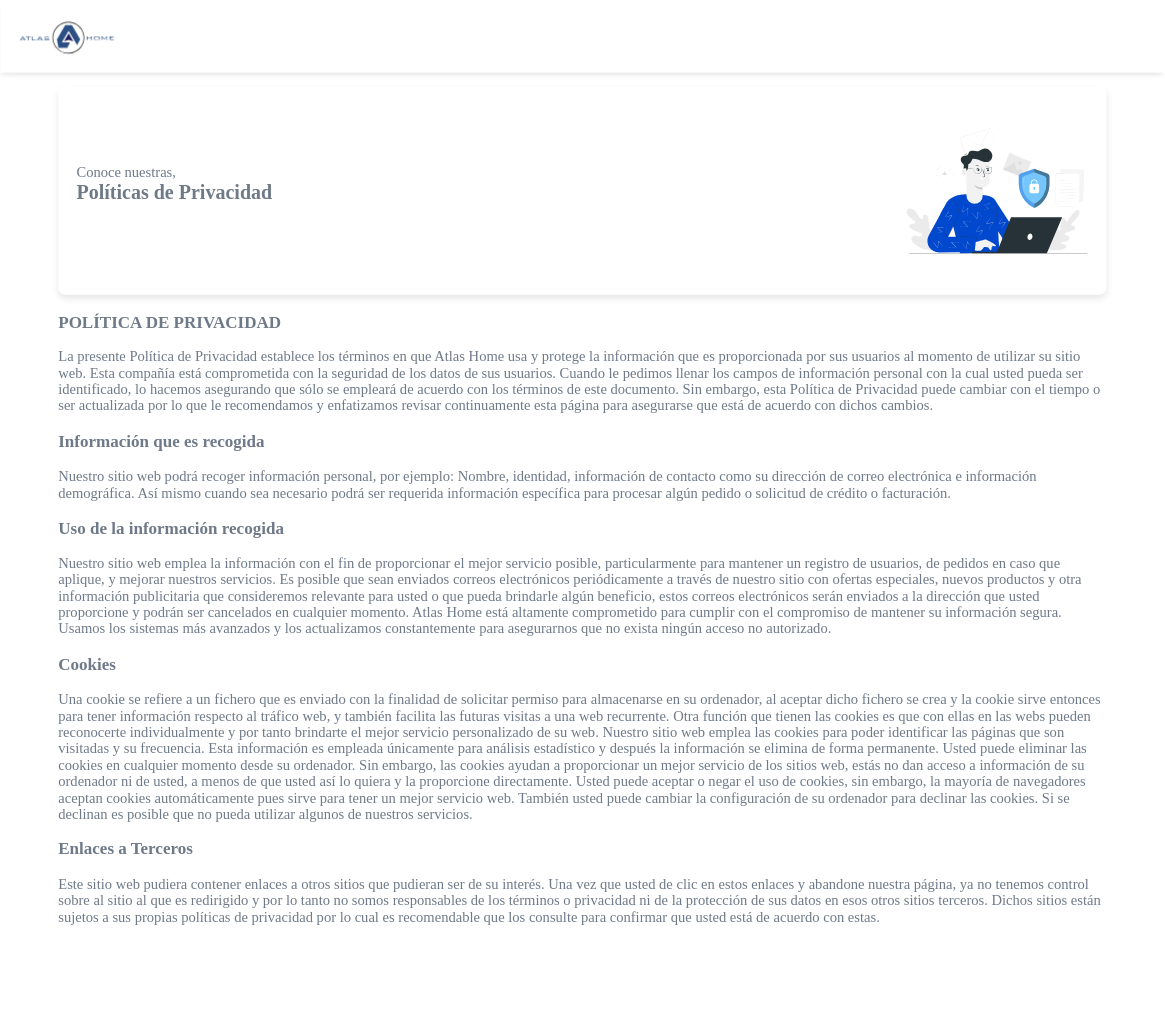
Repository: FabioMadrid/atlas_code
Page: politicas_privacidad.html
An editor plug-in stored every save of this project. The page is shown before and after the next save, followed by the edit.
The browser window is 1280 px wide. The pictures show the whole page, at 91% of full size.
Some web fonts or font styles are not loaded; a fallback is used. Some web libraries are served in a nearby version.

Above is the page before, as saved 2021-01-13 10:54:39.
Console error: TypeError: Cannot read properties of null (reading 'click')

### politicas_privacidad.html
<!DOCTYPE html>
<html lang="en">
<head>
    <meta charset="UTF-8">
    <meta name="viewport" content="width=device-width, initial-scale=1.0">
    <link rel="stylesheet" href="https://cdnjs.cloudflare.com/ajax/libs/font-awesome/4.7.0/css/font-awesome.min.css">
    <script src="https://kit.fontawesome.com/8bf4511c4b.js" crossorigin="anonymous"></script>
    <link rel="stylesheet" href="css/general.css">
    <link rel="stylesheet" href="css/perfil_vendedor.css">
    <link rel="stylesheet" href="https://atlas-home-colombia.s3.amazonaws.com/fonts/fonts.css">
    <title>Atlas Home</title>
</head>
<body>

    <div class="topnav" id="myTopnav">
        <div class="column-25" style="left: 0;">
            <a href="./index.html">
                <img src="./svg/logo_alargado_azul.svg" alt="Logo Atlas" id="logo-navbar">
            </a>
        </div>

    </div>



    <div class="titulo-inmueble hide-mobile" style="margin-top: 95px;" id="titulo-propiedad">
        <div class="space-between" style="margin-top: 5px;">

            <div class="text">
                <span >Conoce nuestras</span>,
                <br>
                <b style="font-size: 22px;display:block">Políticas de Privacidad</b>
                <br>

            </div>

            <div class="relative-container">

                    <img src="./svg/hombre_cyberseguridad.svg" alt="Logo Atlas" class="dibujo">

            </div>

        </div>
    </div>


    <section style="margin: 0 5% 100px" class="text">

        <h3> POLÍTICA DE PRIVACIDAD</h3>

        La presente Política de Privacidad establece los términos en que Atlas Home usa y protege la información que es proporcionada por sus usuarios al momento de utilizar su sitio web. Esta compañía está comprometida con la seguridad de los datos de sus usuarios. Cuando le pedimos llenar los campos de información personal con la cual usted pueda ser identificado, lo hacemos asegurando que sólo se empleará de acuerdo con los términos de este documento. Sin embargo, esta Política de Privacidad puede cambiar con el tiempo o ser actualizada por lo que le recomendamos y enfatizamos revisar continuamente esta página para asegurarse que está de acuerdo con dichos cambios.

        <h3>Información que es recogida</h3>
        Nuestro sitio web podrá recoger información personal, por ejemplo: Nombre, identidad, información de contacto como su dirección de correo electrónica e información demográfica. Así mismo cuando sea necesario podrá ser requerida información específica para procesar algún pedido o solicitud de crédito o facturación.

        <h3>Uso de la información recogida</h3>
        Nuestro sitio web emplea la información con el fin de proporcionar el mejor servicio posible, particularmente para mantener un registro de usuarios, de pedidos en caso que aplique, y mejorar nuestros servicios. Es posible que sean enviados correos electrónicos periódicamente a través de nuestro sitio con ofertas especiales, nuevos productos y otra información publicitaria que consideremos relevante para usted o que pueda brindarle algún beneficio, estos correos electrónicos serán enviados a la dirección que usted proporcione y podrán ser cancelados en cualquier momento.

        Atlas Home está altamente comprometido para cumplir con el compromiso de mantener su información segura. Usamos los sistemas más avanzados y los actualizamos constantemente para asegurarnos que no exista ningún acceso no autorizado.

        <h3> Cookies </h3>
        Una cookie se refiere a un fichero que es enviado con la finalidad de solicitar permiso para almacenarse en su ordenador, al aceptar dicho fichero se crea y la cookie sirve entonces para tener información respecto al tráfico web, y también facilita las futuras visitas a una web recurrente. Otra función que tienen las cookies es que con ellas en las webs pueden reconocerte individualmente y por tanto brindarte el mejor servicio personalizado de su web.

        Nuestro sitio web emplea las cookies para poder identificar las páginas que son visitadas y su frecuencia. Esta información es empleada únicamente para análisis estadístico y después la información se elimina de forma permanente. Usted puede eliminar las cookies en cualquier momento desde su ordenador.

        Sin embargo, las cookies ayudan a proporcionar un mejor servicio de los sitios web, estás no dan acceso a información de su ordenador ni de usted, a menos de que usted así lo quiera y la proporcione directamente. Usted puede aceptar o negar el uso de cookies, sin embargo, la mayoría de navegadores aceptan cookies automáticamente pues sirve para tener un mejor servicio web. También usted puede cambiar la configuración de su ordenador para declinar las cookies. Si se declinan es posible que no pueda utilizar algunos de nuestros servicios.

        <h3> Enlaces a Terceros </h3>

        Este sitio web pudiera contener enlaces a otros sitios que pudieran ser de su interés. Una vez que usted de clic en estos enlaces y abandone nuestra página, ya no tenemos control sobre al sitio al que es redirigido y por lo tanto no somos responsables de los términos o privacidad ni de la protección de sus datos en esos otros sitios terceros. Dichos sitios están sujetos a sus propias políticas de privacidad por lo cual es recomendable que los consulte para confirmar que usted está de acuerdo con estas.



    </section>














    <script src="./js/vendedor.js"></script>
    <script src="js/general.js"></script>

</body>
</html>

Loaded but not shown: js/general.js (175 lines, source omitted); js/vendedor.js (36 lines, source omitted); css/general.css (885 lines, source omitted); css/perfil_vendedor.css (470 lines, source omitted)

After the next save:
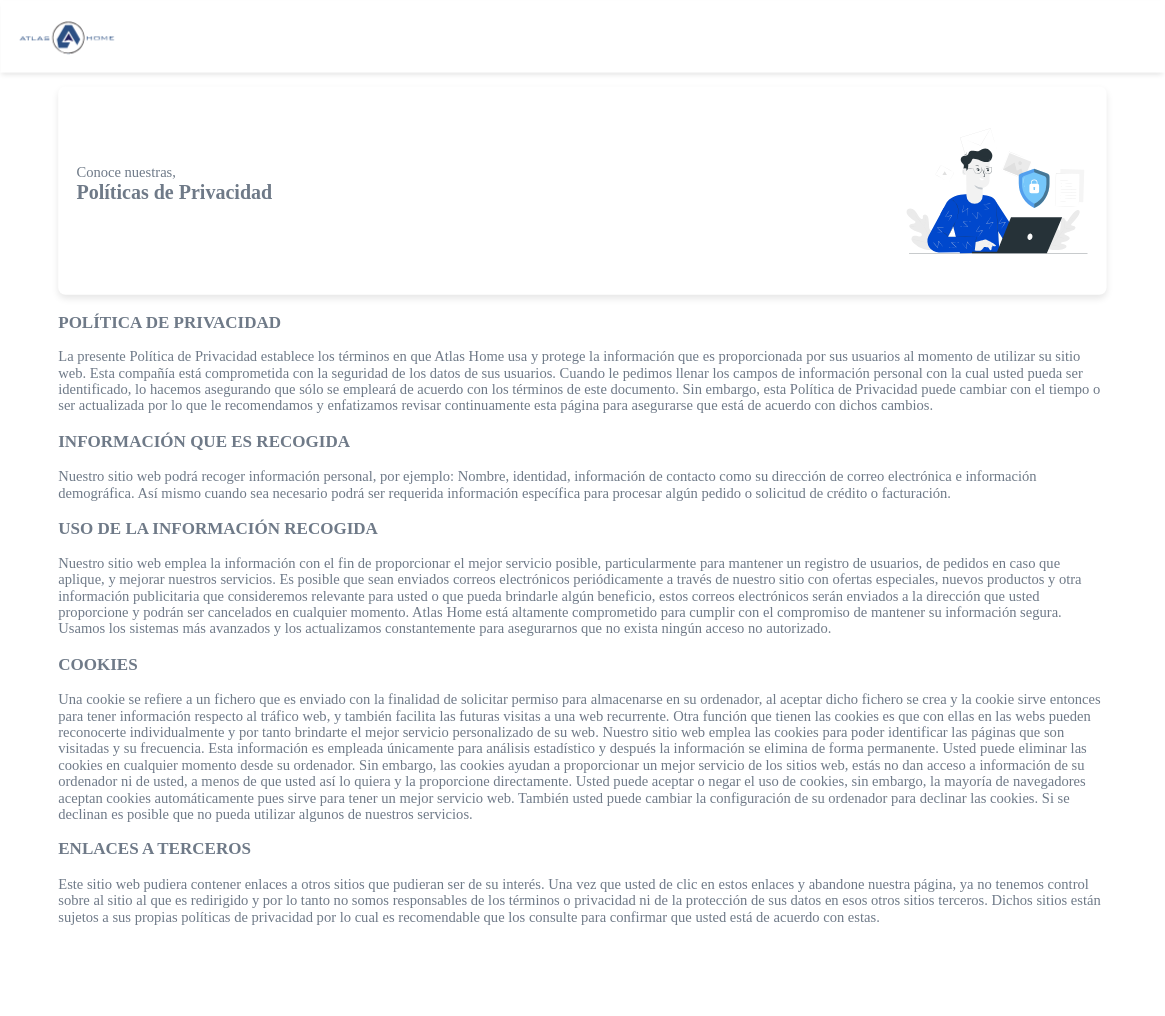
Saved 97 s later.
--- a/politicas_privacidad.html
+++ b/politicas_privacidad.html
@@ -44,28 +44,28 @@
     </div>
 
 
-    <section style="margin: 0 5% 100px" class="text">
+    <section style="margin: 0 5% 100px" class="text" >
 
-        <h3> POLÍTICA DE PRIVACIDAD</h3>
+        <h3 style="text-transform:uppercase;"> POLÍTICA DE PRIVACIDAD</h3>
 
         La presente Política de Privacidad establece los términos en que Atlas Home usa y protege la información que es proporcionada por sus usuarios al momento de utilizar su sitio web. Esta compañía está comprometida con la seguridad de los datos de sus usuarios. Cuando le pedimos llenar los campos de información personal con la cual usted pueda ser identificado, lo hacemos asegurando que sólo se empleará de acuerdo con los términos de este documento. Sin embargo, esta Política de Privacidad puede cambiar con el tiempo o ser actualizada por lo que le recomendamos y enfatizamos revisar continuamente esta página para asegurarse que está de acuerdo con dichos cambios.
 
-        <h3>Información que es recogida</h3>
+        <h3 style="text-transform:uppercase;">Información que es recogida</h3>
         Nuestro sitio web podrá recoger información personal, por ejemplo: Nombre, identidad, información de contacto como su dirección de correo electrónica e información demográfica. Así mismo cuando sea necesario podrá ser requerida información específica para procesar algún pedido o solicitud de crédito o facturación.
 
-        <h3>Uso de la información recogida</h3>
+        <h3 style="text-transform:uppercase;">Uso de la información recogida</h3>
         Nuestro sitio web emplea la información con el fin de proporcionar el mejor servicio posible, particularmente para mantener un registro de usuarios, de pedidos en caso que aplique, y mejorar nuestros servicios. Es posible que sean enviados correos electrónicos periódicamente a través de nuestro sitio con ofertas especiales, nuevos productos y otra información publicitaria que consideremos relevante para usted o que pueda brindarle algún beneficio, estos correos electrónicos serán enviados a la dirección que usted proporcione y podrán ser cancelados en cualquier momento.
 
         Atlas Home está altamente comprometido para cumplir con el compromiso de mantener su información segura. Usamos los sistemas más avanzados y los actualizamos constantemente para asegurarnos que no exista ningún acceso no autorizado.
 
-        <h3> Cookies </h3>
+        <h3 style="text-transform:uppercase;"> Cookies </h3>
         Una cookie se refiere a un fichero que es enviado con la finalidad de solicitar permiso para almacenarse en su ordenador, al aceptar dicho fichero se crea y la cookie sirve entonces para tener información respecto al tráfico web, y también facilita las futuras visitas a una web recurrente. Otra función que tienen las cookies es que con ellas en las webs pueden reconocerte individualmente y por tanto brindarte el mejor servicio personalizado de su web.
 
         Nuestro sitio web emplea las cookies para poder identificar las páginas que son visitadas y su frecuencia. Esta información es empleada únicamente para análisis estadístico y después la información se elimina de forma permanente. Usted puede eliminar las cookies en cualquier momento desde su ordenador.
 
         Sin embargo, las cookies ayudan a proporcionar un mejor servicio de los sitios web, estás no dan acceso a información de su ordenador ni de usted, a menos de que usted así lo quiera y la proporcione directamente. Usted puede aceptar o negar el uso de cookies, sin embargo, la mayoría de navegadores aceptan cookies automáticamente pues sirve para tener un mejor servicio web. También usted puede cambiar la configuración de su ordenador para declinar las cookies. Si se declinan es posible que no pueda utilizar algunos de nuestros servicios.
 
-        <h3> Enlaces a Terceros </h3>
+        <h3 style="text-transform:uppercase;"> Enlaces a Terceros </h3>
 
         Este sitio web pudiera contener enlaces a otros sitios que pudieran ser de su interés. Una vez que usted de clic en estos enlaces y abandone nuestra página, ya no tenemos control sobre al sitio al que es redirigido y por lo tanto no somos responsables de los términos o privacidad ni de la protección de sus datos en esos otros sitios terceros. Dichos sitios están sujetos a sus propias políticas de privacidad por lo cual es recomendable que los consulte para confirmar que usted está de acuerdo con estas.
 

After the save that followed:
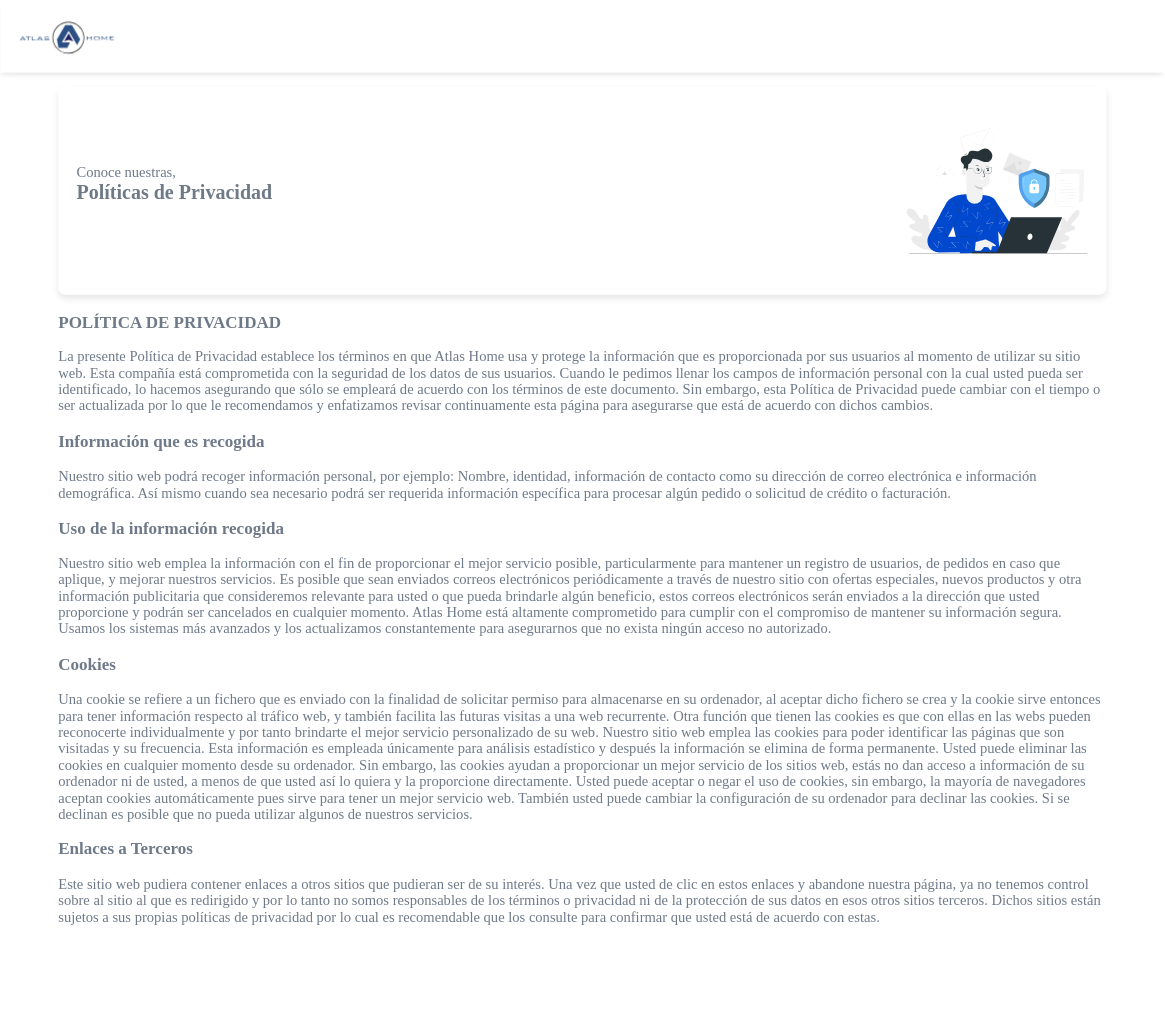
Saved 22 s later.
--- a/politicas_privacidad.html
+++ b/politicas_privacidad.html
@@ -46,26 +46,26 @@
 
     <section style="margin: 0 5% 100px" class="text" >
 
-        <h3 style="text-transform:uppercase;"> POLÍTICA DE PRIVACIDAD</h3>
+        <h3 > POLÍTICA DE PRIVACIDAD</h3>
 
         La presente Política de Privacidad establece los términos en que Atlas Home usa y protege la información que es proporcionada por sus usuarios al momento de utilizar su sitio web. Esta compañía está comprometida con la seguridad de los datos de sus usuarios. Cuando le pedimos llenar los campos de información personal con la cual usted pueda ser identificado, lo hacemos asegurando que sólo se empleará de acuerdo con los términos de este documento. Sin embargo, esta Política de Privacidad puede cambiar con el tiempo o ser actualizada por lo que le recomendamos y enfatizamos revisar continuamente esta página para asegurarse que está de acuerdo con dichos cambios.
 
-        <h3 style="text-transform:uppercase;">Información que es recogida</h3>
+        <h3>Información que es recogida</h3>
         Nuestro sitio web podrá recoger información personal, por ejemplo: Nombre, identidad, información de contacto como su dirección de correo electrónica e información demográfica. Así mismo cuando sea necesario podrá ser requerida información específica para procesar algún pedido o solicitud de crédito o facturación.
 
-        <h3 style="text-transform:uppercase;">Uso de la información recogida</h3>
+        <h3>Uso de la información recogida</h3>
         Nuestro sitio web emplea la información con el fin de proporcionar el mejor servicio posible, particularmente para mantener un registro de usuarios, de pedidos en caso que aplique, y mejorar nuestros servicios. Es posible que sean enviados correos electrónicos periódicamente a través de nuestro sitio con ofertas especiales, nuevos productos y otra información publicitaria que consideremos relevante para usted o que pueda brindarle algún beneficio, estos correos electrónicos serán enviados a la dirección que usted proporcione y podrán ser cancelados en cualquier momento.
 
         Atlas Home está altamente comprometido para cumplir con el compromiso de mantener su información segura. Usamos los sistemas más avanzados y los actualizamos constantemente para asegurarnos que no exista ningún acceso no autorizado.
 
-        <h3 style="text-transform:uppercase;"> Cookies </h3>
+        <h3> Cookies </h3>
         Una cookie se refiere a un fichero que es enviado con la finalidad de solicitar permiso para almacenarse en su ordenador, al aceptar dicho fichero se crea y la cookie sirve entonces para tener información respecto al tráfico web, y también facilita las futuras visitas a una web recurrente. Otra función que tienen las cookies es que con ellas en las webs pueden reconocerte individualmente y por tanto brindarte el mejor servicio personalizado de su web.
 
         Nuestro sitio web emplea las cookies para poder identificar las páginas que son visitadas y su frecuencia. Esta información es empleada únicamente para análisis estadístico y después la información se elimina de forma permanente. Usted puede eliminar las cookies en cualquier momento desde su ordenador.
 
         Sin embargo, las cookies ayudan a proporcionar un mejor servicio de los sitios web, estás no dan acceso a información de su ordenador ni de usted, a menos de que usted así lo quiera y la proporcione directamente. Usted puede aceptar o negar el uso de cookies, sin embargo, la mayoría de navegadores aceptan cookies automáticamente pues sirve para tener un mejor servicio web. También usted puede cambiar la configuración de su ordenador para declinar las cookies. Si se declinan es posible que no pueda utilizar algunos de nuestros servicios.
 
-        <h3 style="text-transform:uppercase;"> Enlaces a Terceros </h3>
+        <h3> Enlaces a Terceros </h3>
 
         Este sitio web pudiera contener enlaces a otros sitios que pudieran ser de su interés. Una vez que usted de clic en estos enlaces y abandone nuestra página, ya no tenemos control sobre al sitio al que es redirigido y por lo tanto no somos responsables de los términos o privacidad ni de la protección de sus datos en esos otros sitios terceros. Dichos sitios están sujetos a sus propias políticas de privacidad por lo cual es recomendable que los consulte para confirmar que usted está de acuerdo con estas.
 
